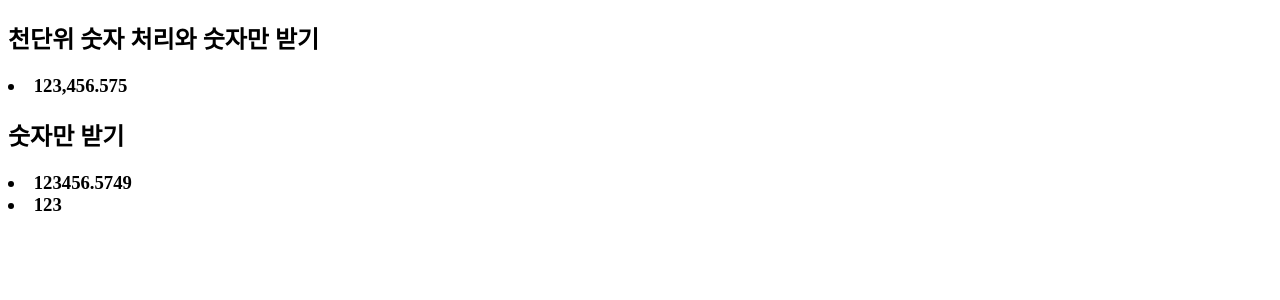
Repository: hagjun/jspstudy
Page: http://localhost/01_servlet/jsp/ex10_jstl.jsp
The author's editor kept a copy of each file at every save. The page is drawn from the files as they stood at one save, then again after the next save.
The browser window is 1280 px wide. The pictures show the whole page.
The page is served by Tomcat 9.

Above is the page before, as saved 2024-03-07 03:52:41.

After the next save:
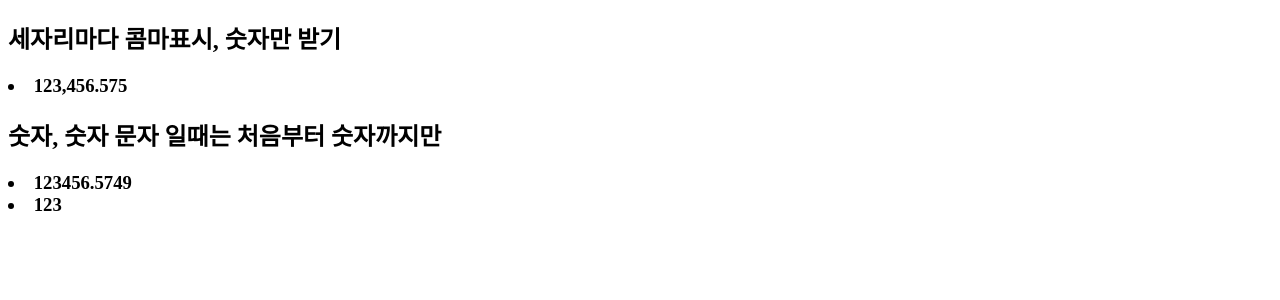
Saved 34 s later.
--- a/01_servlet/src/main/webapp/jsp/ex10_jstl.jsp
+++ b/01_servlet/src/main/webapp/jsp/ex10_jstl.jsp
@@ -9,14 +9,14 @@
 <title>JSTL : 포맷팅(fmt) : 숫자와 날짜 포매팅</title>
 </head>
 <body>
-	<h2>천단위 숫자 처리와 숫자만 받기</h2>
+	<h2>세자리마다 콤마표시, 숫자만 받기</h2>
 	<h3>
 		<li><fmt:formatNumber value="123456.5749" /></li>
 		<%-- <li><fmt:formatNumber value="aaa123456.5749"></fmt:formatNumber></li> --%>
 		<%-- <li><fmt:formatNumber value="123456.a5749"></fmt:formatNumber></li> --%>
 	</h3>
 
-	<h2>숫자만 받기</h2>
+	<h2>숫자, 숫자 문자 일때는 처음부터 숫자까지만</h2>
 	<h3>
 		<li><fmt:parseNumber value="123456.5749" /></li>
 		<li><fmt:parseNumber value="123c4b56a.5749" /></li>
